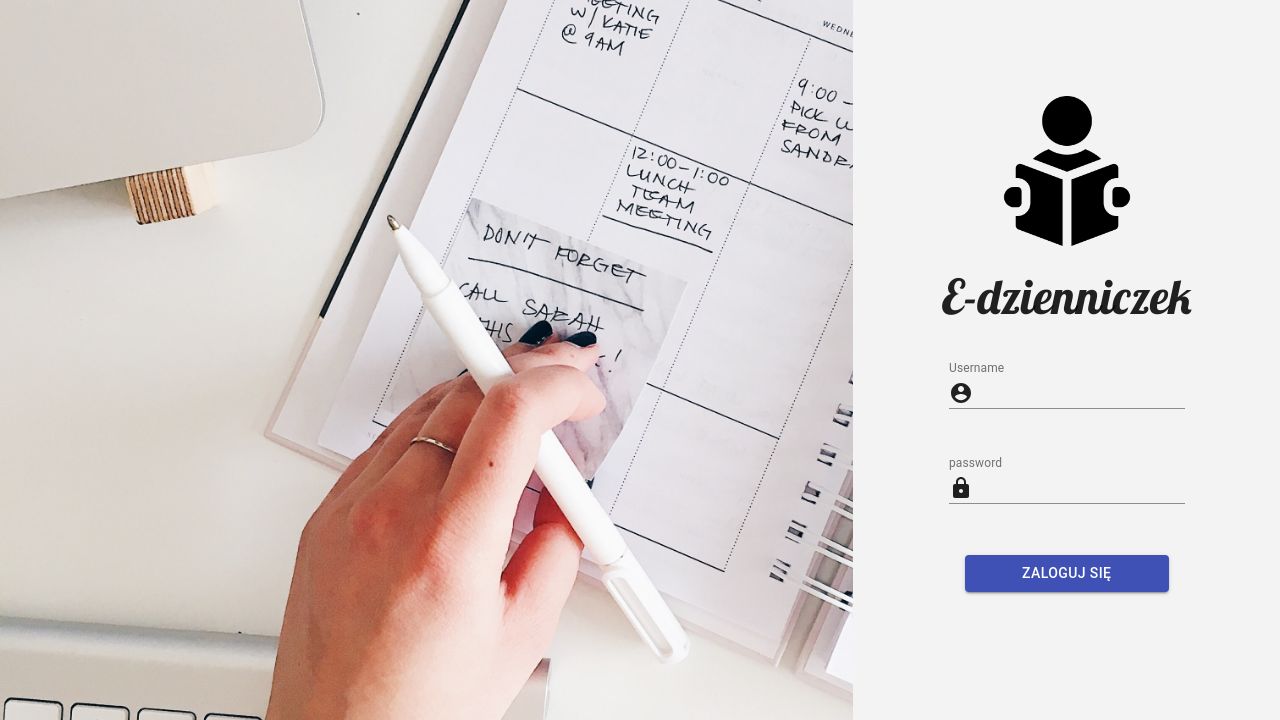
Repository: dominik3131/E-dzienniczek
Page: /
The author's editor kept a copy of each file at every save. The page is drawn from the files as they stood at one save, then again after the next save.
The browser window is 1280 px wide. The pictures show the whole page.
The project was rebuilt for these pictures with package versions that can differ from the ones it lists, and the page was loaded fresh each time.

Above is the page before, as saved 2020-11-17 16:02:24.

After the next save:
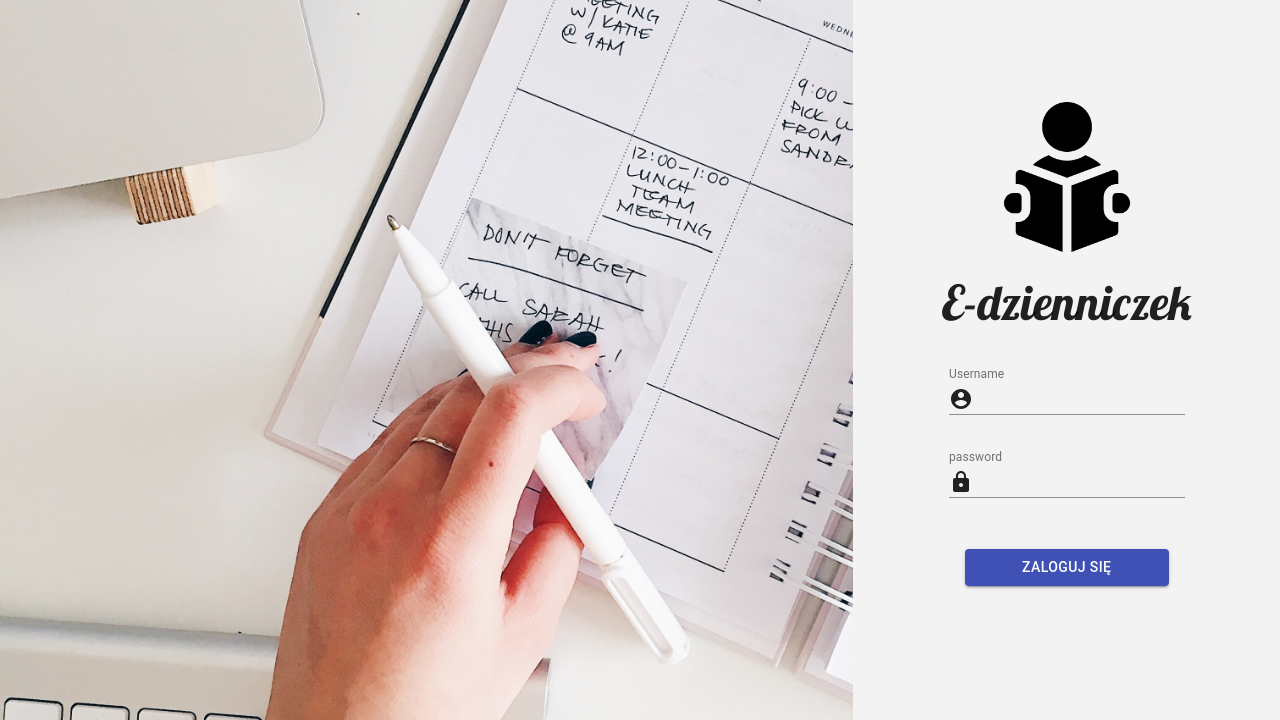
Saved 18 s later.
--- a/src/components/LoginForm/LoginForm.js
+++ b/src/components/LoginForm/LoginForm.js
@@ -32,7 +32,7 @@ const LoginForm = ({ errors, tryLogin, showErrors }) => {
       <TextField
         id="username"
         name="username"
-        helperText={<ul>{showErrors("email")}</ul>}
+        helperText={showErrors("email")}
         error={errors.email.length > 0 || null}
         label="Username"
         InputProps={{
